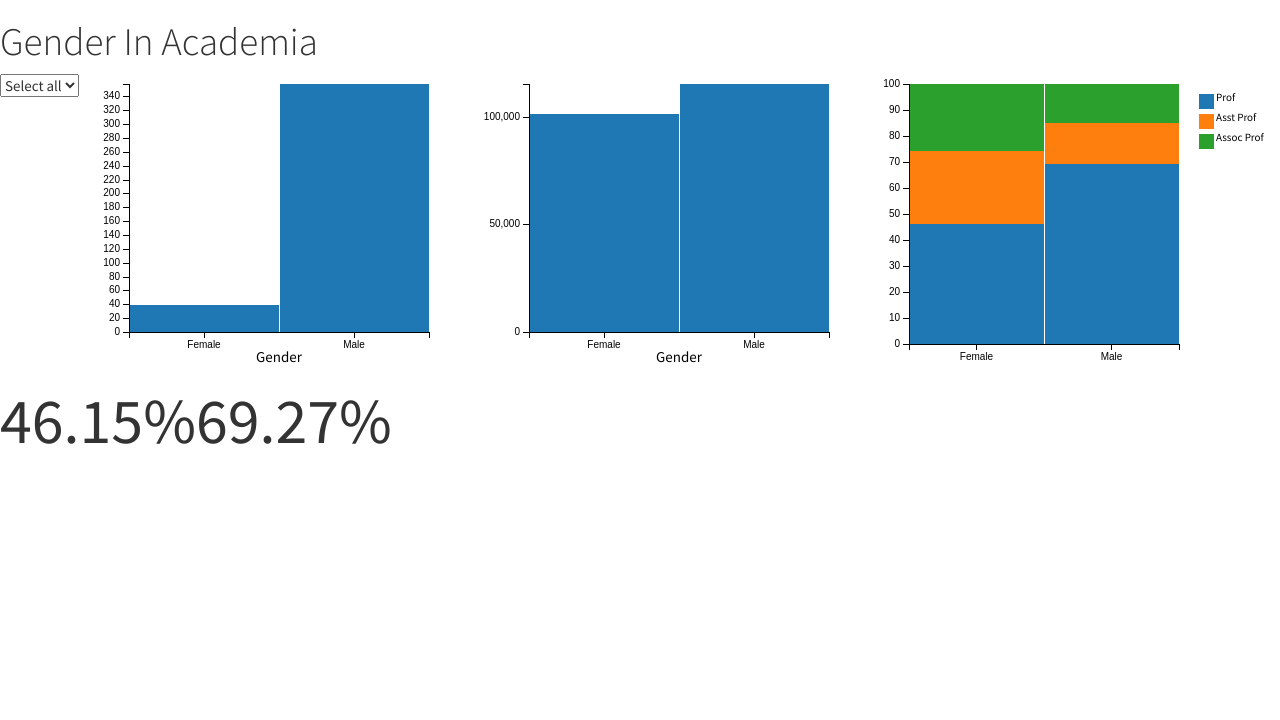
Repository: adonegan/dashboard
Page: index.html
The author's editor kept a record of every edit. The page is drawn from the files as they stood at one moment, then again after the next edit.
The browser window is 1280 px wide. The pictures show the whole page.

Above is the page before.

### index.html
<!DOCTYPE html>
<html lang="en">
<head>
    <meta charset="UTF-8">
    <meta name="viewport" content="width=device-width, initial-scale=1.0">
    <meta http-equiv="X-UA-Compatible" content="ie=edge">
    <title>Gender In Academia</title>

    <link rel="stylesheet" href="static/css/bootstrap.min.css" type="text/css" />
    <link rel="stylesheet" href="static/css/dc.min.css" type="text/css" />
    <link rel="stylesheet" href="static/css/style.css" type="text/css" />

    <script type="text/javascript" src="static/js/d3.min.js"></script>
    <script type="text/javascript" src="static/js/crossfilter.min.js"></script>
    <script type="text/javascript" src="static/js/dc.min.js"></script>
    <script type="text/javascript" src="static/js/queue.min.js"></script>
    <script type="text/javascript" src="static/js/graph.js"></script>
</head>
<body>

    <h1>Gender In Academia</h1>

    <div id="discipline-selector"></div>

    <div id="gender-balance"></div>

    <div id="average-salary"></div>

    <div id="rank-distribution"></div>

    <div class="number-box" id="percent-of-women-professors"></div>
    <div class="number-box" id="percent-of-men-professors"></div>

    <div id="service-salary"></div>

</body>
</html>

### static/css/style.css
.number-box {
    font-size: 64px;
    text-align: center;
    line-height: normal;
}

### static/js/graph.js
queue()
    .defer(d3.csv, "data/Salaries.csv")
    .await(makeGraphs);

function makeGraphs(error, salaryData) {
    var ndx = crossfilter(salaryData);

    salaryData.forEach(function(d){
        d.salary = parseInt(d.salary);
        d.yrs_service = parseInt(d["yrs_service"])
    })

    show_discipline_selector(ndx);

    show_percent_that_are_professors(ndx, "Female", "#percent-of-women-professors");
    show_percent_that_are_professors(ndx, "Male", "#percent-of-men-professors");

    show_gender_balance(ndx);
    show_average_salary(ndx);
    show_rank_distribution(ndx);

    dc.renderAll();
}


function show_discipline_selector(ndx) {
    var dim = ndx.dimension(dc.pluck('discipline'));
    var group = dim.group();

    dc.selectMenu("#discipline-selector")
        .dimension(dim)
        .group(group);
}


function show_percent_that_are_professors(ndx, gender, element) {
    var percentageThatAreProf = ndx.groupAll().reduce(
        function(p, v) {
          if(v.sex === gender) {
              p.count++;
              if(v.rank === "Prof") {
                  p.are_prof++;
               }
           }
           return p;
        },
        function(p, v) {
            if(v.sex === gender) {
                p.count--;
                if(v.rank === "Prof") {
                   p.are_prof--;
               }
           }
           return p;
        },
        function() {
            return {count: 0, are_prof: 0};
        },
    );

    dc.numberDisplay(element)
        .formatNumber(d3.format(".2%"))
        .valueAccessor(function (d) {
            if (d.count == 0) {
                return 0;
            } else {
                return (d.are_prof / d.count);
            }
        })
        .group(percentageThatAreProf)
}


function show_gender_balance(ndx) {
    var dim = ndx.dimension(dc.pluck('sex'));
    var group = dim.group();

    dc.barChart("#gender-balance")
        .width(400)
        .height(300)
        .margins({top: 10, right: 50, bottom: 30, left: 50})
        .dimension(dim)
        .group(group)
        .transitionDuration(500)
        .x(d3.scale.ordinal())
        .xUnits(dc.units.ordinal)
        .xAxisLabel("Gender")
        .yAxis().ticks(20);
}


function show_average_salary(ndx) {
    var dim = ndx.dimension(dc.pluck('sex'));

    function add_item(p, v) {
        p.count++;
        p.total += v.salary;
        p.average = p.total / p.count;
        return p;
    }

    function remove_item(p, v) {
        p.count--;
        if(p.count == 0) {
            p.total = 0;
            p.average = 0;
        } else {
            p.total -= v.salary;
            p.average = p.total / p.count;
        }
        return p;
    }

    function initialise() {
        return {count: 0, total: 0, average: 0};
    }

    var averageSalaryByGender = dim.group().reduce(add_item, remove_item, initialise);

    dc.barChart("#average-salary")

        .width(400)
        .height(300)
        .margins({top: 10, right: 50, bottom: 30, left: 50})
        .dimension(dim)
        .group(averageSalaryByGender)
        .valueAccessor(function(d){
            return d.value.average.toFixed(2);
        })
        .transitionDuration(500)
        .x(d3.scale.ordinal())
        .xUnits(dc.units.ordinal)
        .elasticY(true)
        .xAxisLabel("Gender")
        .yAxis().ticks(4);
}

function show_rank_distribution(ndx) {

    function rankByGender(dimension, rank) {
        return dimension.group().reduce(
            function (p, v) {
                p.total++;
                if(v.rank == rank) {
                    p.match++;
                }
                return p;
            },
            function (p, v) {
                p.total--;
                if(v.rank == rank) {
                    p.match--;
                }
                return p;
            },
            function () {
                return {total: 0, match: 0};
            }
        );
    }

    var dim = ndx.dimension(dc.pluck("sex"));
    var profByGender = rankByGender(dim, "Prof");
    var asstProfByGender = rankByGender(dim, "AsstProf");
    var assocProfByGender = rankByGender(dim, "AssocProf");

    dc.barChart("#rank-distribution")
        .width(400)
        .height(300)
        .dimension(dim)
        .group(profByGender, "Prof")
        .stack(asstProfByGender, "Asst Prof")
        .stack(assocProfByGender, "Assoc Prof")
        .valueAccessor(function (d) {
            if(d.value.total > 0) {
                return (d.value.match / d.value.total) * 100;
            } else {
                return 0;
            }
        })
        .x(d3.scale.ordinal())
        .xUnits(dc.units.ordinal)
        .legend(dc.legend().x(320).y(20).itemHeight(15).gap(5))
        .margins({top: 10, right: 100, bottom: 30, left: 30});
}

Loaded but not shown: static/css/bootstrap.min.css (library); static/css/dc.min.css (library); static/js/d3.min.js (library); static/js/crossfilter.min.js (library); static/js/dc.min.js (library); static/js/queue.min.js (common file)

After the next edit:
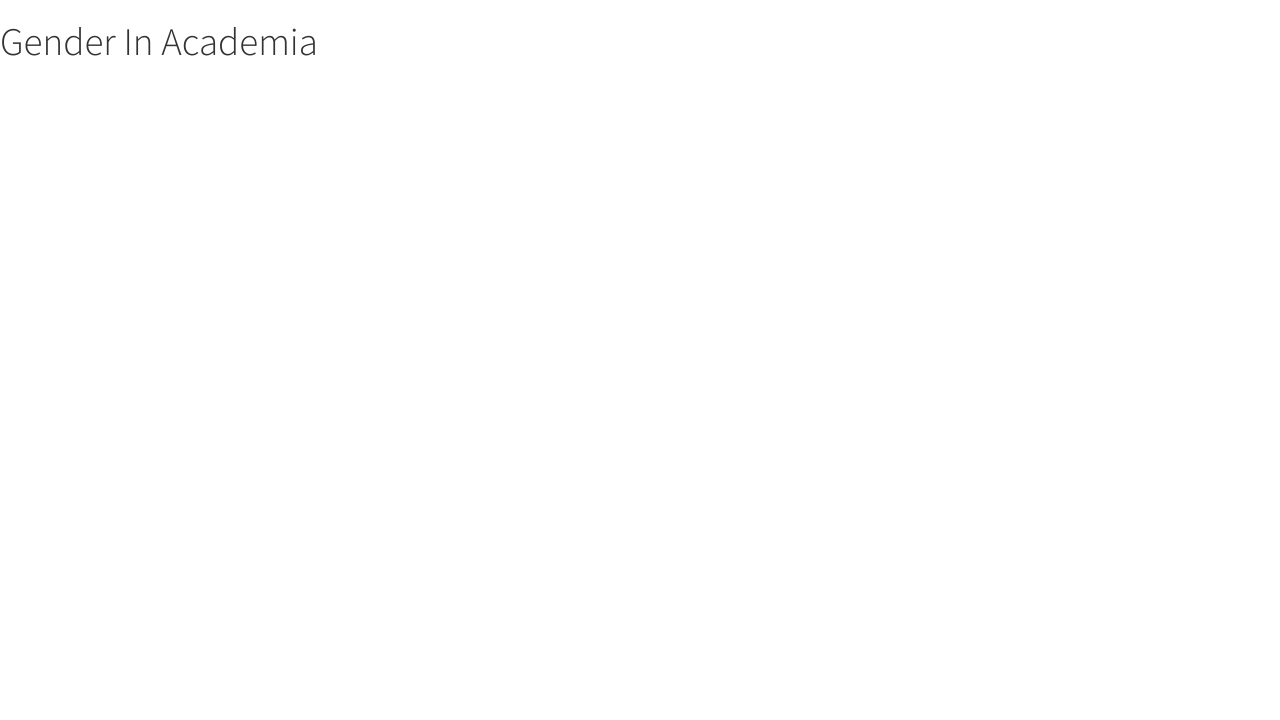
Console error: ReferenceError: show_service_to_salary_correlation is not defined
The edit:
--- a/static/js/graph.js
+++ b/static/js/graph.js
@@ -18,6 +18,8 @@
     show_gender_balance(ndx);
     show_average_salary(ndx);
     show_rank_distribution(ndx);
+
+    show_service_to_salary_correlation(ndx);
 
     dc.renderAll();
 }

After the edit that followed:
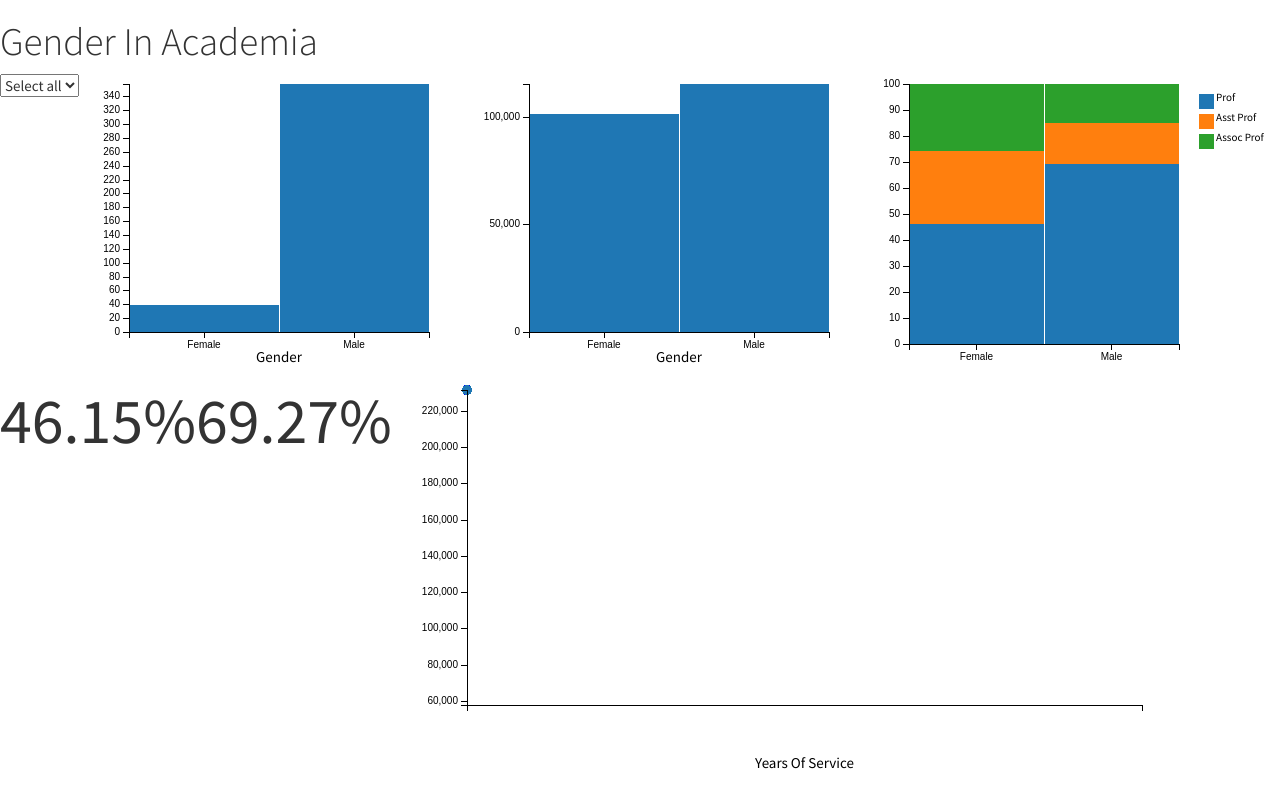
The error is gone.
The edit:
--- a/static/js/graph.js
+++ b/static/js/graph.js
@@ -185,3 +185,29 @@
         .legend(dc.legend().x(320).y(20).itemHeight(15).gap(5))
         .margins({top: 10, right: 100, bottom: 30, left: 30});
 }
+
+function show_service_to_salary_correlation(ndx) {
+    var eDim = ndx.dimension(dc.pluck("yrs_service"));
+    var experienceDim = ndx.dimension(function(d) {
+        return [d.yrs_service, d.salary];
+    });
+    var experienceSalaryGroup = experienceDim.group();
+
+    var minExperience = eDim.bottom(1)[0].yrs_service;
+    var maxExperience = eDim.top(1)[0].yrs_service;
+
+    dc.scatterPlot("#service-salary")
+        .width(800)
+        .height(400)
+        .x(d3.scale.linear().domain([minExperience, maxExperience]))
+        .brushOn(false)
+        .symbolSize(8)
+        .clipPadding(10)
+        .xAxisLabel("Years Of Service")
+        .title(function(d) {
+            return d.key[2] + " earned " + d.key[1];
+        })
+        .dimension(experienceDim)
+        .group(experienceSalaryGroup)
+        .margins({top: 10, right: 50, bottom: 75, left: 75});
+}
